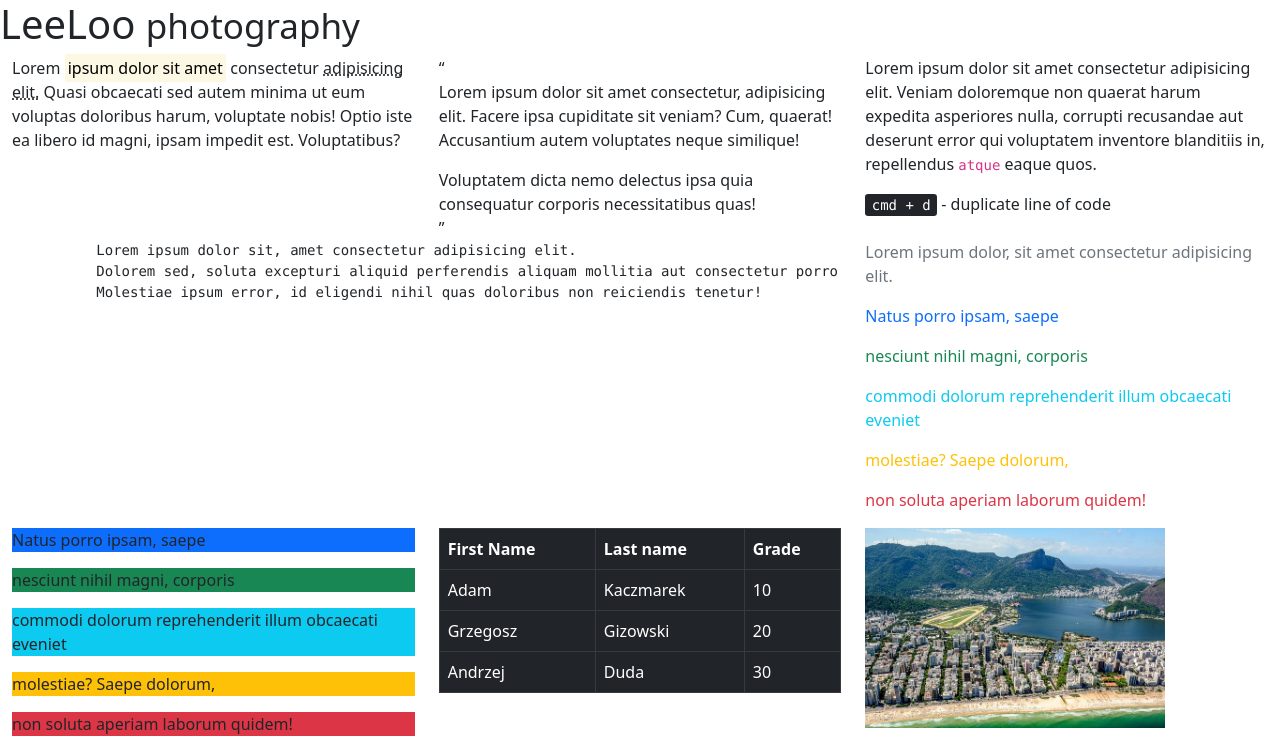
Repository: Zyzik-33/bootstrap-test
Page: index.html
The author's editor kept a copy of each file at every save. The page is drawn from the files as they stood at one save, then again after the next save.
The browser window is 1280 px wide. The pictures show the whole page.

Above is the page before, as saved 2021-01-27 16:38:32.

### index.html
<!DOCTYPE html>
<html lang="en">
<head>
  <title>LeeLoo</title>
  <meta charset="UTF-8">
  <meta name="viewport" content="width=device-width, initial-scale=1.0">
  <link href="https://cdn.jsdelivr.net/npm/bootstrap@5.0.0-beta1/dist/css/bootstrap.min.css" rel="stylesheet" integrity="sha384-giJF6kkoqNQ00vy+HMDP7azOuL0xtbfIcaT9wjKHr8RbDVddVHyTfAAsrekwKmP1" crossorigin="anonymous">
  <script src="https://ajax.googleapis.com/ajax/libs/jquery/3.5.1/jquery.min.js"></script>
  <script src="https://cdn.jsdelivr.net/npm/bootstrap@5.0.0-beta1/dist/js/bootstrap.bundle.min.js" integrity="sha384-ygbV9kiqUc6oa4msXn9868pTtWMgiQaeYH7/t7LECLbyPA2x65Kgf80OJFdroafW" crossorigin="anonymous"></script>
</head>
<body>
  <h1>LeeLoo <small>photography</small> </h1>
  <div class="container-fluid">

    <div class="row">
      <div class="col-lg-4">Lorem <mark>ipsum dolor sit amet</mark> consectetur <abbr title="Explanation">adipisicing elit.</abbr> Quasi obcaecati sed autem minima ut eum voluptas doloribus harum, voluptate nobis! Optio iste ea libero id magni, ipsam impedit est. Voluptatibus?</div>
      <div class="col-lg-4">
        <q cite="http://developer.mozilla.org">
          <p>
            Lorem ipsum dolor sit amet consectetur, adipisicing elit. Facere ipsa cupiditate sit veniam? Cum, quaerat!
             Accusantium autem voluptates neque similique!
          </p>
          <footer>
            Voluptatem dicta nemo delectus ipsa quia consequatur corporis necessitatibus quas!
          </footer>
        </q>
      </div>
      <div class="col-lg-4">
        <blockquote class="blockquote-reverse">
          <p>
            Lorem ipsum dolor sit amet consectetur adipisicing elit.
            Veniam doloremque non quaerat harum expedita asperiores nulla,
            corrupti recusandae aut deserunt error qui voluptatem inventore
            blanditiis in, repellendus <code>atque</code> eaque quos.
          </p>
          <footer><kbd>cmd + d</kbd> - duplicate line of code</footer>
        </blockquote>
      </div>
    </div>
    <div class="row">
      <div class="col-lg-8">
        <pre>
          Lorem ipsum dolor sit, amet consectetur adipisicing elit.
          Dolorem sed, soluta excepturi aliquid perferendis aliquam mollitia aut consectetur porro.
          Molestiae ipsum error, id eligendi nihil quas doloribus non reiciendis tenetur!
        </pre>
      </div>
      <div class="col-lg-4">
       <p class="text-muted"> Lorem ipsum dolor, sit amet consectetur adipisicing elit.</p>
       <p class="text-primary">Natus porro ipsam, saepe</p>
       <p class="text-success">nesciunt nihil magni, corporis</p>
       <p class="text-info">commodi dolorum reprehenderit illum obcaecati eveniet</p>
       <p class="text-warning">molestiae? Saepe dolorum,</p>
       <p class="text-danger">non soluta aperiam laborum quidem!</p>
      </div>
    </div>
    <div class="row">
      <div class="col-lg-4">
       <p class="bg-primary">Natus porro ipsam, saepe</p>
       <p class="bg-success">nesciunt nihil magni, corporis</p>
       <p class="bg-info">commodi dolorum reprehenderit illum obcaecati eveniet</p>
       <p class="bg-warning">molestiae? Saepe dolorum,</p>
       <p class="bg-danger">non soluta aperiam laborum quidem!</p>
      </div>
      <div class="col-lg-4">
        <table class="table table-hover table-dark table-bordered">
          <!-- table-striped, table-bordered, table-hover, table-dark -->
          <thead>
            <tr>
              <th scope="col">First Name</th>
              <th scope="col">Last name</th>
              <th scope="col">Grade</th>
            </tr>
          </thead>
          <tbody>
            <tr>
              <td scope="row">Adam</td>
              <td>Kaczmarek</td>
              <td>10</td>
            </tr>
            <tr>
              <td scope="row">Grzegosz</td>
              <td>Gizowski</td>
              <td>20</td>
            </tr>
            <tr>
              <td scope="row">Andrzej</td>
              <td>Duda</td>
              <td>30</td>
            </tr>
          </tbody>
        </table>
      </div>
      <div class="col-lg-4">
        <img src="./assets/images/brazil-4809010_640.jpg" width="300" alt="brazil">
      </div>
    </div>
  </div>
</body>
</html>

After the next save:
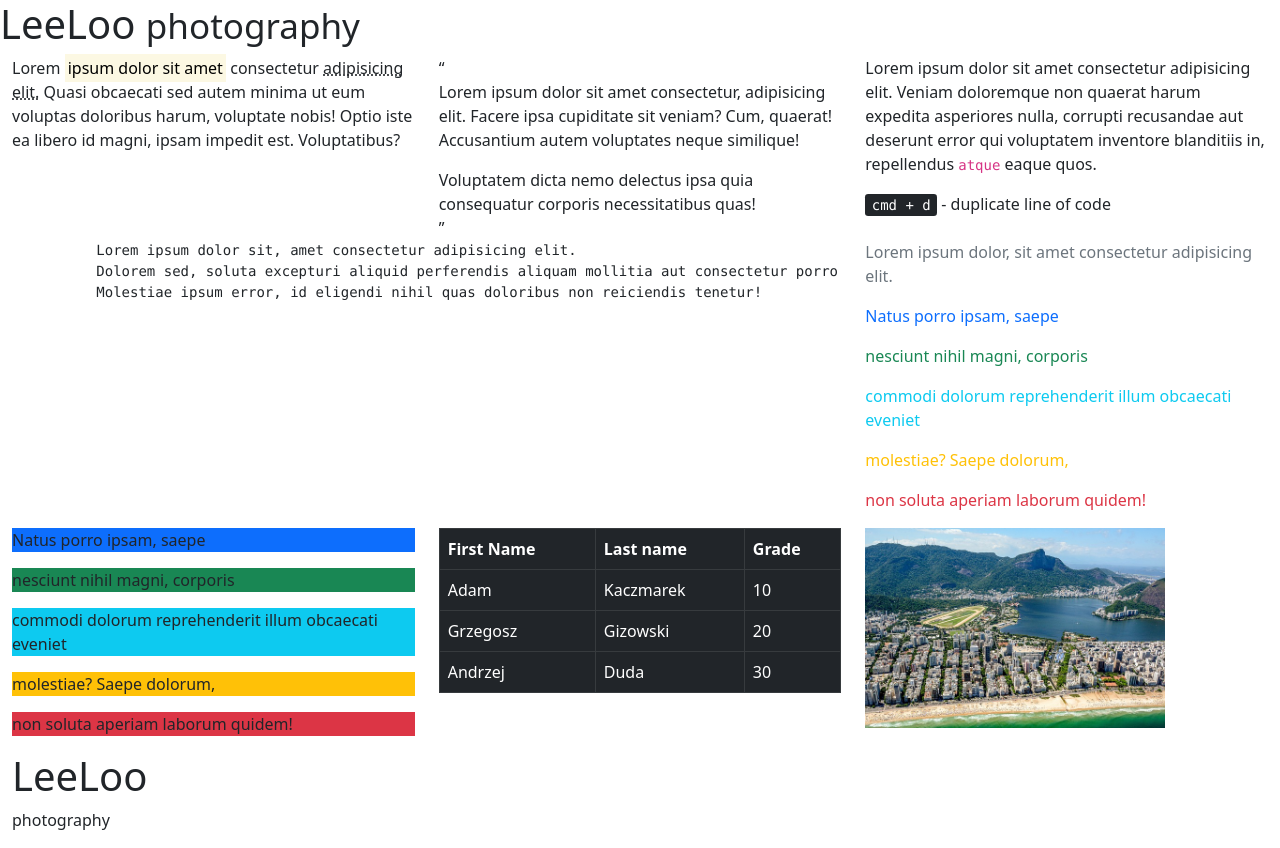
Saved 2 min 34 s later.
--- a/index.html
+++ b/index.html
@@ -95,6 +95,14 @@
         <img src="./assets/images/brazil-4809010_640.jpg" width="300" alt="brazil">
       </div>
     </div>
+    <div class="row">
+      <div class="col-lg-12">
+        <div class="jombotron">
+          <h1>LeeLoo</h1>
+          <p>photography</p>
+        </div>
+      </div>
+    </div>
   </div>
 </body>
 </html>
